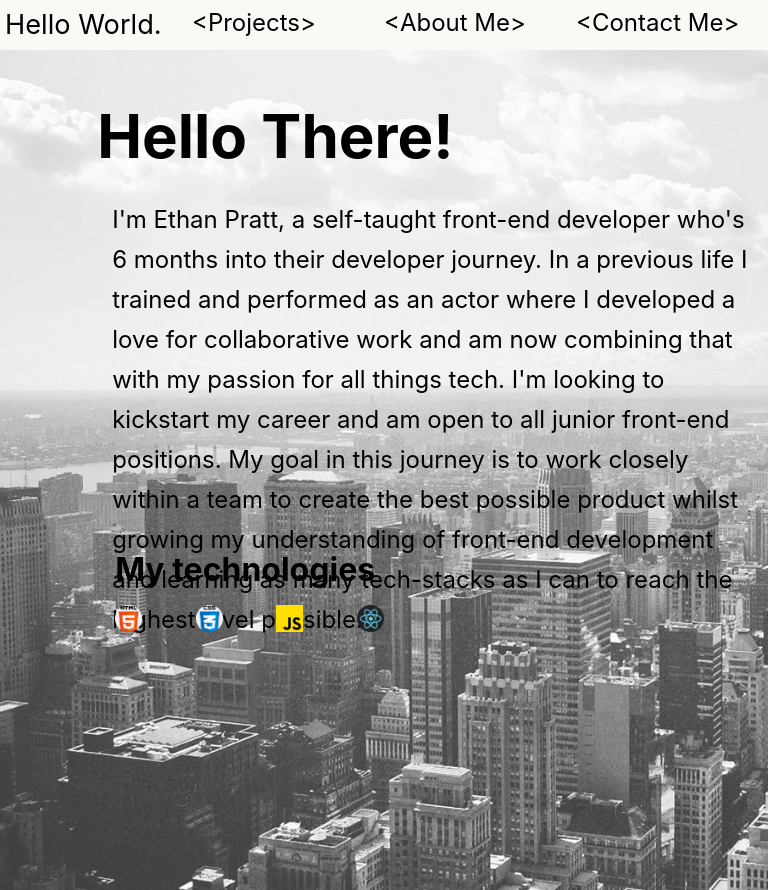
Repository: ghend99/website_ethan_pratt
Page: /about
These files come from the project's save history. The page is drawn as it stood at one moment and after the next save; the edit follows.
The browser window is 768 px wide. The pictures show the whole page.
The project was rebuilt for these pictures with package versions that can differ from the ones it lists, and the page was loaded fresh each time. Also part of the build but not shown: src/pages/home.js, src/pages/project.js, src/css/contact.css, src/pages/contact.js.

Above is the page before, as saved 2023-05-25 17:07:25.

After the next save:
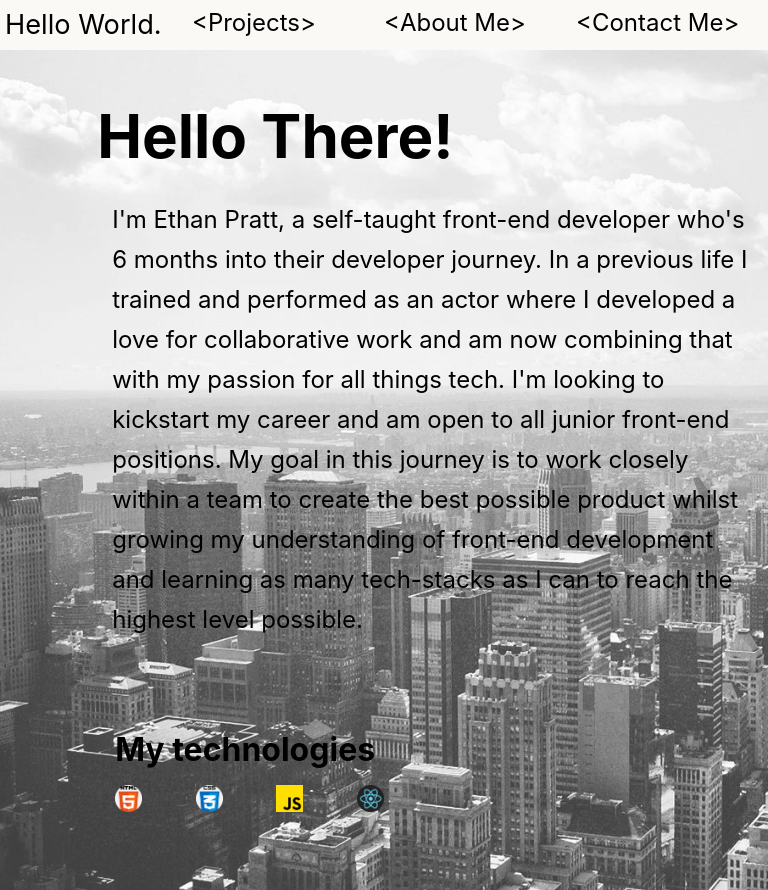
Saved 28 s later.
--- a/src/css/about.css
+++ b/src/css/about.css
@@ -114,11 +114,11 @@
   }
 } */
 
-/* @media screen and (min-width: 0) and (max-width: 1050px) {
+@media screen and (min-width: 0) and (max-width: 848px) {
   #technology-container {
     top: 260px;
   }
-} */
+}
 
 @media screen and (min-width: 0) and (max-width: 708px) {
   .about-header {
